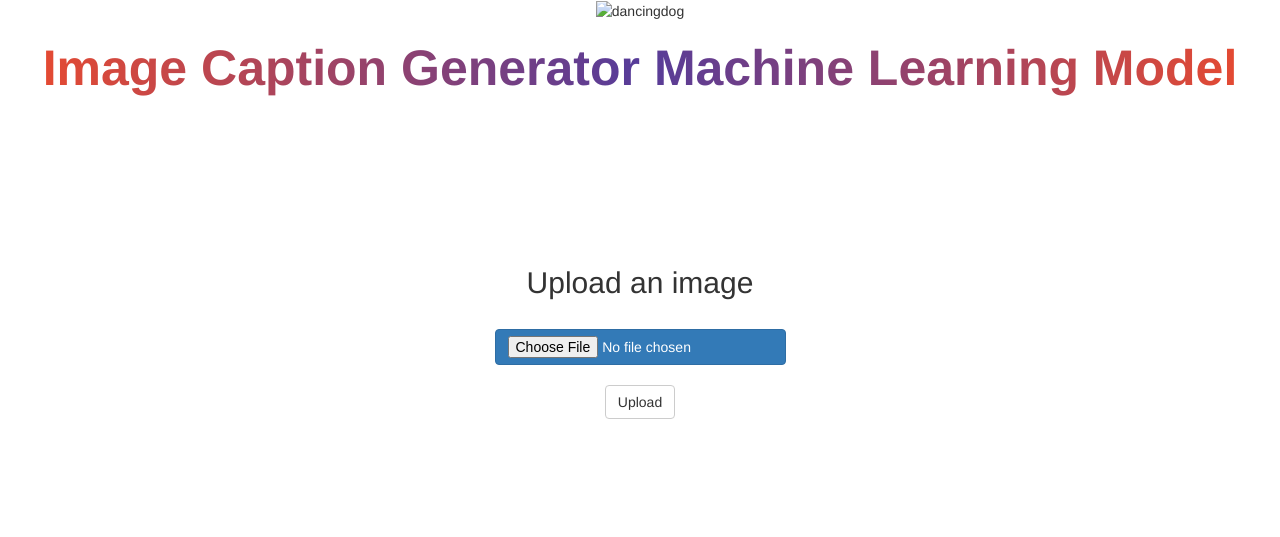
Repository: ornob011/Image-Caption-Interface
Page: http://localhost/
An editor plug-in stored every save of this project. The page is shown before and after the next save, followed by the edit.
The browser window is 1280 px wide. The pictures show the whole page.
Pictures or frames that could not be fetched are drawn as grey boxes. The page is served by the project's application, run on Flask 3 (app.py). Other server files are loaded and not shown.

Above is the page before, as saved 2022-12-09 20:31:22.
Not found: asset

### templates/index.html
<!DOCTYPE html>
<html>

<head>
  <title>Image Caption Generator</title>
  <meta charset="utf-8">
  <meta name="viewport" content="width=device-width, initial-scale=1">
  <link rel="stylesheet" href="https://maxcdn.bootstrapcdn.com/bootstrap/3.4.1/css/bootstrap.min.css">
  <script src="https://ajax.googleapis.com/ajax/libs/jquery/3.6.0/jquery.min.js"></script>
  <script src="https://maxcdn.bootstrapcdn.com/bootstrap/3.4.1/js/bootstrap.min.js"></script>
  <style >
    /* h2{
      font-size: 40px;
      font-weight: 600;
      background-image: radial-gradient(circle, #765bbe, #cf644f);
      color: transparent;
      background-clip: text;
      -webkit-background-clip: text;
    } */
    h1{
      font-size: 50px;
      font-weight: 600;
      background-image: radial-gradient(circle, #553c9a, #ee4b2b);
      color: transparent;
      background-clip: text;
      -webkit-background-clip: text;
    }
  </style>
</head>

<body>
<center>
	<img src="asset" alt="dancingdog" height="100" width="100">
  <h1 style="text-align:center;">Image Caption Generator Machine Learning Model</h1>
  </br>
  </br>
  </br>
  </br>
  </br>
  </br>
  </br>
	<h2 style="text-align:center;">Upload an image</h2>
  <br>
  <form method="post" enctype=multipart/form-data>
    <input type="file" name="file" class="btn btn-primary">
    <br>
    <input type="submit" value="Upload" class="btn btn-default">
  </form>
</center>
</body>
</html>

### app.py
import os
from flask import Flask, render_template,request
from display_image import show
from prediction import predict_caption

app = Flask(__name__)

app.secret_key = b'_5#y2L"F4Q8z\n\xec]/'


@app.route('/', methods = ['GET', 'POST'])
def hello():
    if request.method == 'GET':
        return render_template('index.html')
    if request.method == 'POST':
        if "file" not in request.files:
            print("File not uploaded.")
            return
        file = request.files['file']
        image = file.read()
        caption= predict_caption(image)
        uri = show(file)


        return render_template('result.html', uri = uri, caption=caption)


if __name__ == "__main__":
#    app.run(host='127.0.0.1', port=8888)
    #http_server = WSGIServer(('127.0.0.1', 8888), app)
    #http_server.serve_forever()
    app.run()

After the next save:
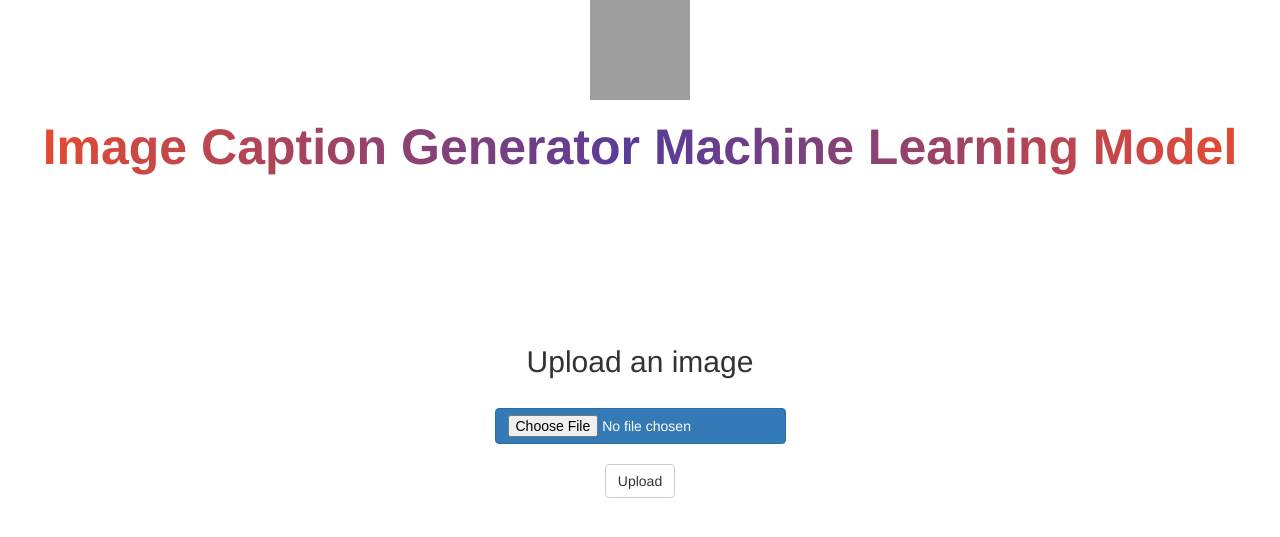
Saved 31 s later.
--- a/templates/index.html
+++ b/templates/index.html
@@ -30,7 +30,7 @@
 
 <body>
 <center>
-	<img src="asset" alt="dancingdog" height="100" width="100">
+	<img src="ass" alt="dancingdog" height="100" width="100">
   <h1 style="text-align:center;">Image Caption Generator Machine Learning Model</h1>
   </br>
   </br>
